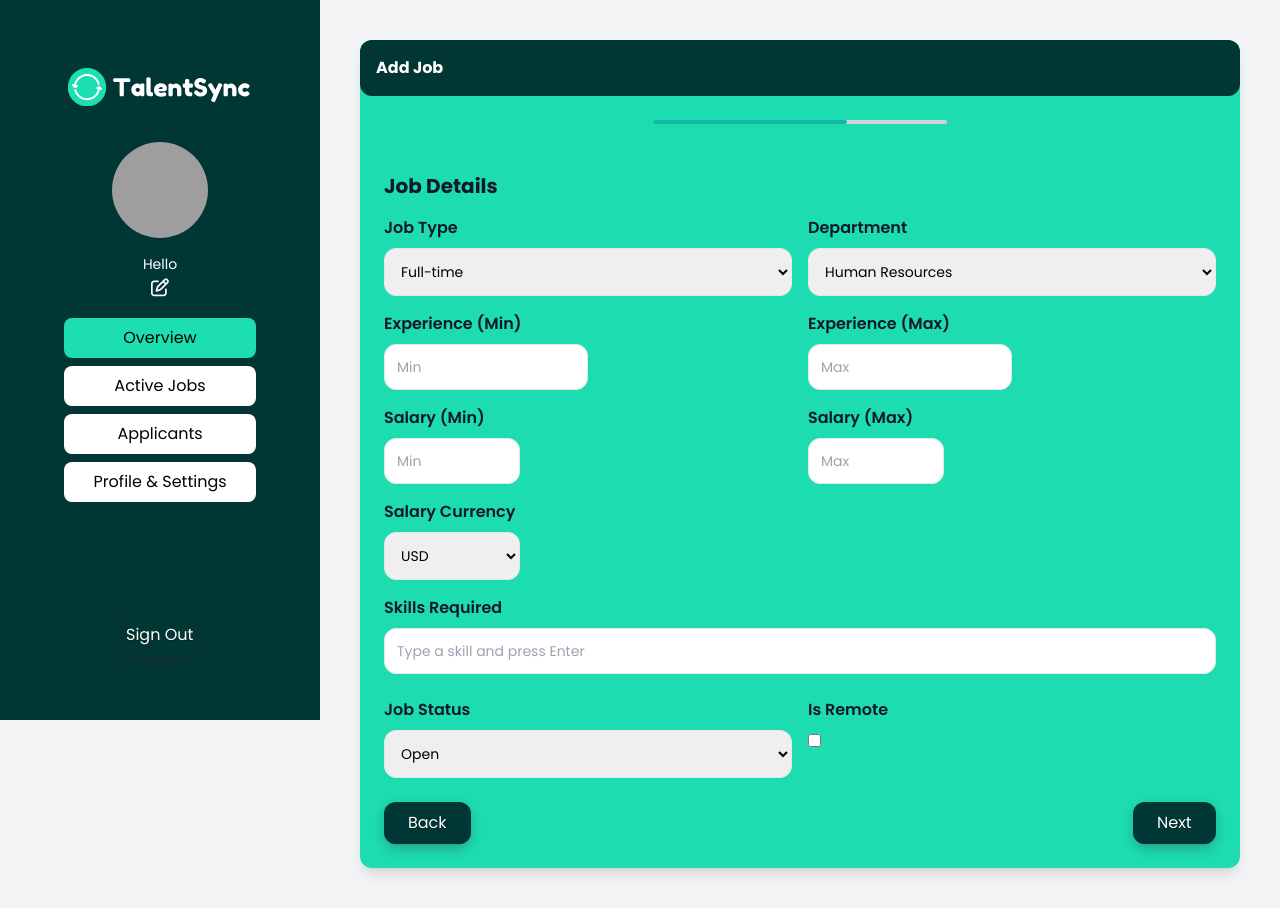
Repository: AbdullahScriptStudio/TalentSync
Page: http://localhost/recruiter/create/step2/
These files come from the project's save history. The page is drawn as it stood at one moment and after a run of saves; the edit follows.
The browser window is 1280 px wide. The pictures show the whole page.
Pictures or frames that could not be fetched are drawn as grey boxes. Some web libraries are served in a nearby version. The page is served by the project's application, run on Django 5.2 (manage.py). Other server files are loaded and not shown.

Above is the page before, as saved 2025-03-25 16:59:46.

### recruiter/templates/recruiter/job_form_step2.html
<!DOCTYPE html>
<html lang="en">
{% load static %}

<head>
    <meta charset="UTF-8">
    <meta name="viewport" content="width=device-width, initial-scale=1.0">
    <script src="https://cdn.tailwindcss.com"></script>
    <link rel="stylesheet" href="https://cdnjs.cloudflare.com/ajax/libs/font-awesome/6.0.0-beta3/css/all.min.css">
    <title>Job Post - Step 2</title>
    <style>
        @import url('https://fonts.googleapis.com/css2?family=Inter:ital,opsz,wght@0,14..32,100..900;1,14..32,100..900&family=Poppins:ital,wght@0,100;0,200;0,300;0,400;0,500;0,600;0,700;0,800;0,900&display=swap');

        body {
            font-family: "Poppins", sans-serif;
            background-color: white;
        }

        button {
            font-size: 18px;
            display: inline-block;
            outline: 0;
            border: 0;
            cursor: pointer;
            will-change: box-shadow, transform;
            background: radial-gradient(100% 100% at 100% 0%, #003634 0%, #003634 100%);
            box-shadow: 0px 0.01em 0.01em rgb(45 35 66 / 40%), 0px 0.3em 0.7em -0.01em rgb(45 35 66 / 30%), inset 0px -0.01em 0px rgb(0 54 52 / 50%);
            padding: 0 2em;
            border-radius: 0.3em;
            color: #fff;
            height: 2.6em;
            text-shadow: 0 1px 0 rgb(0 0 0 / 40%);
            transition: box-shadow 0.15s ease, transform 0.15s ease;
        }

        button:hover {
            box-shadow: 0px 0.1em 0.2em rgb(0 54 52 / 40%), 0px 0.4em 0.7em -0.1em rgb(0 54 52 / 30%), inset 0px -0.1em 0px #003634;
            transform: translateY(-0.1em);
        }

        button:active {
            box-shadow: inset 0px 0.1em 0.6em #003634;
            transform: translateY(0em);
        }

        .skill-box {
            display: flex;
            flex-wrap: wrap;
            gap: 10px;
        }

        .skill-item {
            background-color: #003634;
            color: white;
            padding: 8px 12px;
            border-radius: 20px;
            display: flex;
            align-items: center;
        }

        .skill-item button {
            background: none;
            border: none;
            color: white;
            cursor: pointer;
            margin-left: 8px;
        }
    </style>
</head>

<body class="bg-gray-100">
    <div class="flex min-h-screen">
        <!-- Sidebar -->
        <div class="bg-[#003634] text-white w-1/4 p-6 flex flex-col items-center fixed h-full" style="padding: 4rem;">
            <div class="flex items-center mb-8">
                <img alt="TalentSync logo" class="w-48 h-auto" src="{% static 'images/logo.svg' %}" />
            </div>
            <img alt="Profile picture of John Smith" class="w-24 h-24 rounded-full mb-4" height="100" src="{% static 'images/dog-profile.svg' %}" width="100" />
            <div class="text-center mb-4">
                <p class="text-sm">Hello</p>
                <p class="text-lg">{{ user.first_name }} {{ user.last_name }} <i class="fa-regular fa-pen-to-square"></i></p>
            </div>
            <nav class="flex flex-col w-full">
                <a href="overviewDashboard.html" class="bg-[#1cdeb0] text-white py-2 px-4 rounded mb-2" style="border-radius: 0.5rem;color: rgb(0 0 0); text-align: center;">Overview</a>
                <a href="aciveJobsDashboard.html" class="bg-white text-teal-900 py-2 px-4 rounded mb-2" style="border-radius: 0.5rem;color: rgb(0 0 0); text-align: center;">Active Jobs</a>
                <a href="applicantsDashboard.html" class="bg-white text-teal-900 py-2 px-4 rounded mb-2" style="border-radius: 0.5rem;color: rgb(0 0 0); text-align: center;">Applicants</a>
                <a href="#" class="bg-white text-teal-900 py-2 px-4 rounded mb-2" style="border-radius: 0.5rem;color: rgb(0 0 0); text-align: center;">Profile &amp; Settings</a>
            </nav>
            <button class="mt-auto text-white">Sign Out</button>
        </div>

        <!-- Main Content -->
        <div class="flex-1 p-10 ml-[25%] overflow-y-auto">
            <div class="bg-[#1dddb0] rounded-xl shadow-lg">
                <div>
                    <h2 class="bg-[#003634] text-white font-bold mb-6 p-4 rounded-xl">Add Job</h2>
                </div>

                <!-- Progress Bar -->
                <div class="flex justify-center mb-6">
                    <div class="w-1/3 h-1 bg-gray-300 rounded-full">
                        <div class="h-full bg-teal-500 rounded-full" style="width: 66%;"></div> <!-- 66% for step 2 -->
                    </div>
                </div>

                <div class="p-6 rounded-xl">
                    <h3 class="text-xl font-bold text-gray-900 mb-4">Job Details</h3>
                    <form method="POST">
                        {% csrf_token %}
                        <div class="grid grid-cols-1 md:grid-cols-2 gap-4">
                            <div>
                                <label class="block text-gray-900 font-semibold mb-2">Job Type</label>
                                <select class="w-full p-3 text-sm border rounded-xl" name="job_type">
                                    <option value="contract" {% if form.job_type.value == "contract" %}selected{% endif %}>Contract</option>
                                    <option value="full_time" {% if form.job_type.value == "full_time" %}selected{% endif %}>Full-time</option>
                                    <option value="part_time" {% if form.job_type.value == "part_time" %}selected{% endif %}>Part-time</option>
                                    <option value="internship" {% if form.job_type.value == "internship" %}selected{% endif %}>Internship</option>
                                </select>
                            </div>
                            <div>
                                <label class="block text-gray-900 font-semibold mb-2">Department</label>
                                <select class="w-full p-3 text-sm border rounded-xl" name="department">
                                    <option value="human_resources" {% if form.department.value == "human_resources" %}selected{% endif %}>Human Resources</option>
                                    <option value="engineering" {% if form.department.value == "engineering" %}selected{% endif %}>Engineering</option>
                                    <option value="marketing" {% if form.department.value == "marketing" %}selected{% endif %}>Marketing</option>
                                    <option value="sales" {% if form.department.value == "sales" %}selected{% endif %}>Sales</option>
                                </select>
                            </div>
                            <div>
                                <label class="block text-gray-900 font-semibold mb-2">Experience (Min)</label>
                                <input type="number" class="w-1/2 p-3 text-sm border rounded-xl" placeholder="Min" name="min_experience" value="{{ form.min_experience.value|default:'' }}" required />
                            </div>
                            <div>
                                <label class="block text-gray-900 font-semibold mb-2">Experience (Max)</label>
                                <input type="number" class="w-1/2 p-3 text-sm border rounded-xl" placeholder="Max" name="max_experience" value="{{ form.max_experience.value|default:'' }}" required />
                            </div>
                            <div>
                                <label class="block text-gray-900 font-semibold mb-2">Salary (Min)</label>
                                <input type="number" class="w-1/3 p-3 text-sm border rounded-xl" placeholder="Min" name="min_salary" value="{{ form.min_salary.value|default:'' }}" required />
                            </div>
                            <div>
                                <label class="block text-gray-900 font-semibold mb-2">Salary (Max)</label>
                                <input type="number" class="w-1/3 p-3 text-sm border rounded-xl" placeholder="Max" name="max_salary" value="{{ form.max_salary.value|default:'' }}" required />
                            </div>
                            <div>
                                <label class="block text-gray-900 font-semibold mb-2">Salary Currency</label>
                                <select class="w-1/3 p-3 text-sm border rounded-xl" name="salary_currency">
                                    <option value="USD" {% if form.salary_currency.value == "USD" %}selected{% endif %}>USD</option>
                                    <option value="EUR" {% if form.salary_currency.value == "EUR" %}selected{% endif %}>EUR</option>
                                    <option value="GBP" {% if form.salary_currency.value == "GBP" %}selected{% endif %}>GBP</option>
                                </select>
                            </div>
                            <div class="col-span-1 md:col-span-2">
                                <label class="block text-gray-900 font-semibold mb-2">Skills Required</label>
                                <input id="skill-input" type="text" class="w-full p-3 text-sm border rounded-xl mb-2" placeholder="Type a skill and press Enter" name="skills_required" value="{{ form.skills_required.value|default:'' }}" required />
                                <div id="skill-container" class="skill-box">
                                    <!-- Dynamically added skills will show up here -->
                                </div>
                            </div>
                            <div>
                                <label class="block text-gray-900 font-semibold mb-2">Job Status</label>
                                <select class="w-full p-3 text-sm border rounded-xl" name="job_status">
                                    <option value="open" {% if form.job_status.value == "open" %}selected{% endif %}>Open</option>
                                    <option value="closed" {% if form.job_status.value == "closed" %}selected{% endif %}>Closed</option>
                                    <option value="paused" {% if form.job_status.value == "paused" %}selected{% endif %}>Paused</option>
                                </select>
                            </div>
                            <div>
                                <label class="block text-gray-900 font-semibold mb-2">Is Remote</label>
                                <input type="checkbox" name="is_remote" {% if form.is_remote.value %}checked{% endif %}>
                            </div>
                        </div>

                        <div class="flex justify-between mt-6">
                            <!-- Back Button Link to Step 1 -->
                            <button class="bg-[#003634] text-white py-2 px-6 rounded-xl" type="button" onclick="window.location.href='/recruiter/create/step1/'">Back</button>
                            <button class="bg-[#003634] text-white py-2 px-6 rounded-xl" type="submit">Next</button>
                        </div>
                    </form>
                </div>
            </div>
        </div>
    </div>

    <script>
        document.addEventListener('DOMContentLoaded', function () {
            const skillInput = document.getElementById('skill-input');
            const skillContainer = document.getElementById('skill-container');

            skillInput.addEventListener('keypress', function (e) {
                if (e.key === 'Enter' && skillInput.value.trim() !== '') {
                    const skillName = skillInput.value.trim();
                    if (isSkillDuplicate(skillName)) {
                        alert('Skill already exists.');
                    } else {
                        addSkill(skillName);
                        skillInput.value = '';
                    }
                }
            });

            function isSkillDuplicate(skillName) {
                const skills = skillContainer.querySelectorAll('.skill-item');
                for (const skill of skills) {
                    if (skill.textContent.includes(skillName)) {
                        return true;
                    }
                }
                return false;
            }

            function addSkill(skillName) {
                const skill = document.createElement('div');
                skill.className = 'skill-item';
                skill.innerHTML = `
                    <span>${skillName}</span>
                    <button class="text-white hover:text-[#1cdeb0]">
                        <i class="fas fa-times"></i>
                    </button>
                `;
                skill.querySelector('button').addEventListener('click', function () {
                    skill.remove();
                });
                skillContainer.appendChild(skill);
            }
        });
    </script>
</body>

</html>

### recruiter/forms.py
from django import forms

class JobPostFormStep1(forms.Form):
    title = forms.CharField(max_length=255, required=True, widget=forms.TextInput(attrs={'placeholder': 'Enter Job Title'}))
    company = forms.CharField(max_length=255, required=True, widget=forms.TextInput(attrs={'placeholder': 'Enter Company Name'}))
    country = forms.ChoiceField(choices=[('DE', 'Germany')], required=True)
    state_province = forms.ChoiceField(choices=[('Bavaria', 'Bavaria'), ('Berlin', 'Berlin')], required=True)
    city = forms.ChoiceField(choices=[('Munich', 'Munich'), ('Berlin', 'Berlin')], required=True)




class JobPostFormStep2(forms.Form):
    JOB_TYPES = [
        ('full_time', 'Full-time'),
        ('part_time', 'Part-time'),
        ('contract', 'Contract'),
        ('freelance', 'Freelance'),
        ('temporary', 'Temporary'),
    ]

    salary_currency_choices = [
        ('USD', 'USD'),
        ('EUR', 'EUR'),
        ('GBP', 'GBP'),
    ]

    job_type = forms.ChoiceField(choices=JOB_TYPES, required=True)
    department = forms.CharField(max_length=100, required=True)
    min_experience = forms.IntegerField(required=True, min_value=0)
    max_experience = forms.IntegerField(required=True, min_value=0)
    min_salary = forms.DecimalField(max_digits=10, decimal_places=2, required=True)
    max_salary = forms.DecimalField(max_digits=10, decimal_places=2, required=True)
    salary_currency = forms.ChoiceField(choices=salary_currency_choices, required=True)
    skills_required = forms.CharField(max_length=500, required=True)

    def clean(self):
        cleaned_data = super().clean()

        # Validate that min_experience is less than or equal to max_experience
        min_exp = cleaned_data.get('min_experience')
        max_exp = cleaned_data.get('max_experience')

        if min_exp and max_exp and min_exp > max_exp:
            raise forms.ValidationError("Minimum experience must be less than or equal to maximum experience.")

        # Validate that min_salary is less than or equal to max_salary
        min_sal = cleaned_data.get('min_salary')
        max_sal = cleaned_data.get('max_salary')

        if min_sal and max_sal and min_sal > max_sal:
            raise forms.ValidationError("Minimum salary must be less than or equal to maximum salary.")

        return cleaned_data



class JobPostFormStep3(forms.Form):
    job_description = forms.CharField(
        widget=forms.Textarea(attrs={'class': 'w-full p-3 text-sm border rounded-xl', 'placeholder': 'Enter the job description here...'}),
        required=True,
        error_messages={'required': 'Job description is required!'}
    )

### recruiter/views.py
from django.shortcuts import render, redirect
from .models import JobPost
#from .forms import JobPostForm  # We'll create this form next
from .forms import JobPostFormStep1, JobPostFormStep2, JobPostFormStep3




# View to list all job posts
def job_list(request):
    job_posts = JobPost.objects.all()
    return render(request, 'recruiter/job_list.html', {'job_posts': job_posts})

# View to show details of a single job post
def job_detail(request, pk):
    job_post = JobPost.objects.get(pk=pk)
    return render(request, 'recruiter/job_detail.html', {'job_post': job_post})

# View to create a new job post
def job_create_step1(request):
    if request.method == 'POST':
        form = JobPostFormStep1(request.POST)
        if form.is_valid():
            # Save form data in session
            request.session['job_title'] = form.cleaned_data['title']
            request.session['company'] = form.cleaned_data['company']
            request.session['country'] = form.cleaned_data['country']
            request.session['state_province'] = form.cleaned_data['state_province']
            request.session['city'] = form.cleaned_data['city']

            return redirect('job_create_step2')  # Proceed to next step
    else:
        form = JobPostFormStep1()

    return render(request, 'recruiter/job_form_step1.html', {'form': form})




def job_create_step2(request):
    if request.method == 'POST':
        form = JobPostFormStep2(request.POST)
        if form.is_valid():
            # Save validated form data in session
            request.session['job_type'] = form.cleaned_data['job_type']
            request.session['department'] = form.cleaned_data['department']
            request.session['min_experience'] = form.cleaned_data['min_experience']
            request.session['max_experience'] = form.cleaned_data['max_experience']
            request.session['min_salary'] = form.cleaned_data['min_salary']
            request.session['max_salary'] = form.cleaned_data['max_salary']
            request.session['salary_currency'] = form.cleaned_data['salary_currency']
            request.session['skills_required'] = form.cleaned_data['skills_required']
            request.session['job_status'] = form.cleaned_data.get('job_status', 'open')  # Add job_status to session

            # Proceed to Step 3
            return redirect('job_create_step3')
    else:
        # Prefill the form with session data
        form = JobPostFormStep2(initial={
            'job_type': request.session.get('job_type', 'full_time'),
            'department': request.session.get('department', ''),
            'min_experience': request.session.get('min_experience', 0),
            'max_experience': request.session.get('max_experience', 0),
            'min_salary': request.session.get('min_salary', 0),
            'max_salary': request.session.get('max_salary', 0),
            'salary_currency': request.session.get('salary_currency', 'USD'),
            'skills_required': request.session.get('skills_required', ''),
            'job_status': request.session.get('job_status', 'open'),
        })

    return render(request, 'recruiter/job_form_step2.html', {'form': form})


def job_create_step3(request):
    if request.method == 'POST':
        form = JobPostFormStep3(request.POST)
        if form.is_valid():
            # Collect data from session (Step 1, Step 2, and Step 3)
            title = request.session.get('job_title', '')
            company = request.session.get('company', '')
            country = request.session.get('country', 'DE')
            state_province = request.session.get('state_province', 'Bavaria')
            city = request.session.get('city', 'Munich')
            job_type = request.session.get('job_type', 'full_time')
            department = request.session.get('department', '')
            min_experience = request.session.get('min_experience', 0)
            max_experience = request.session.get('max_experience', 0)
            min_salary = request.session.get('min_salary', 0.0)
            max_salary = request.session.get('max_salary', 0.0)
            salary_currency = request.session.get('salary_currency', 'EUR')
            skills_required = request.session.get('skills_required', '')
            job_description = form.cleaned_data['job_description']
            job_status = request.session.get('job_status', 'open')  # This was collected in Step 2

            # Save the data to the database
            job_post = JobPost(
                title=title,
                company=company,
                country=country,
                state_province=state_province,
                city=city,
                job_type=job_type,
                department=department,
                min_experience=min_experience,
                max_experience=max_experience,
                min_salary=min_salary,
                max_salary=max_salary,
                salary_currency=salary_currency,
                skills_required=skills_required,
                job_description=job_description,
                status=job_status
            )
            job_post.save()

            # Optionally, you can clear session data if not needed anymore
            request.session.flush()

            # Redirect to a summary or success page
            return redirect('job_create_summary')  # This is a hypothetical summary page
    else:
        form = JobPostFormStep3()

    return render(request, 'recruiter/job_form_step3.html', {'form': form})

### talentsync/urls.py
"""
URL configuration for talentsync project.

The `urlpatterns` list routes URLs to views. For more information please see:
    https://docs.djangoproject.com/en/5.1/topics/http/urls/
Examples:
Function views
    1. Add an import:  from my_app import views
    2. Add a URL to urlpatterns:  path('', views.home, name='home')
Class-based views
    1. Add an import:  from other_app.views import Home
    2. Add a URL to urlpatterns:  path('', Home.as_view(), name='home')
Including another URLconf
    1. Import the include() function: from django.urls import include, path
    2. Add a URL to urlpatterns:  path('blog/', include('blog.urls'))
"""
from django.contrib import admin
from django.urls import path, include
from django.conf import settings
from django.conf.urls.static import static

urlpatterns = [
    path('admin/', admin.site.urls),
    path('recruiter/', include('recruiter.urls')),
    #path('applicant/', include('applicant.urls')),
]


if settings.DEBUG:
    urlpatterns += static(settings.MEDIA_URL, document_root=settings.MEDIA_ROOT)

### recruiter/urls.py
from django.urls import path
from . import views
from django.conf.urls.static import static
from django.conf import settings



urlpatterns = [


    #adding new job
    path('create/step1/', views.job_create_step1, name='job_create_step1'),
    path('create/step2/', views.job_create_step2, name='job_create_step2'),
    path('create/step3/', views.job_create_step3, name='job_create_step3'),
]



if settings.DEBUG:
    urlpatterns += static(settings.MEDIA_URL, document_root=settings.MEDIA_ROOT)

Loaded but not shown: static/images/logo.svg (1 lines, source omitted)

After the next 3 saves:
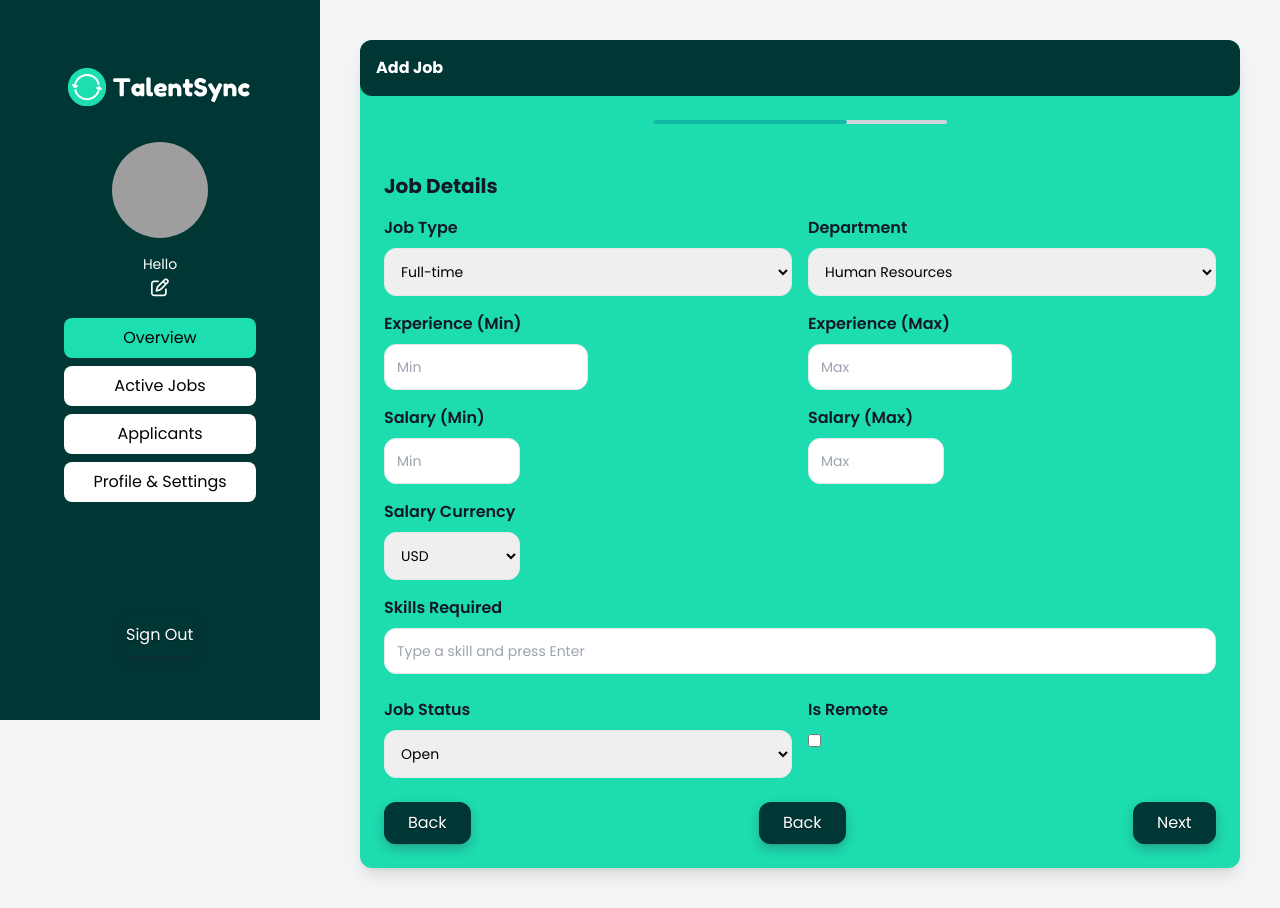
The 3 saves are shown as one change because they came seconds apart.
The last was saved 57 s later.
--- a/recruiter/templates/recruiter/job_form_step2.html
+++ b/recruiter/templates/recruiter/job_form_step2.html
@@ -174,6 +174,7 @@
                         <div class="flex justify-between mt-6">
                             <!-- Back Button Link to Step 1 -->
                             <button class="bg-[#003634] text-white py-2 px-6 rounded-xl" type="button" onclick="window.location.href='/recruiter/create/step1/'">Back</button>
+                            <button class="bg-[#003634] text-white py-2 px-6 rounded-xl" type="button" onclick="window.location.href='/recruiter/create/step3/'">Back</button>
                             <button class="bg-[#003634] text-white py-2 px-6 rounded-xl" type="submit">Next</button>
                         </div>
                     </form>
